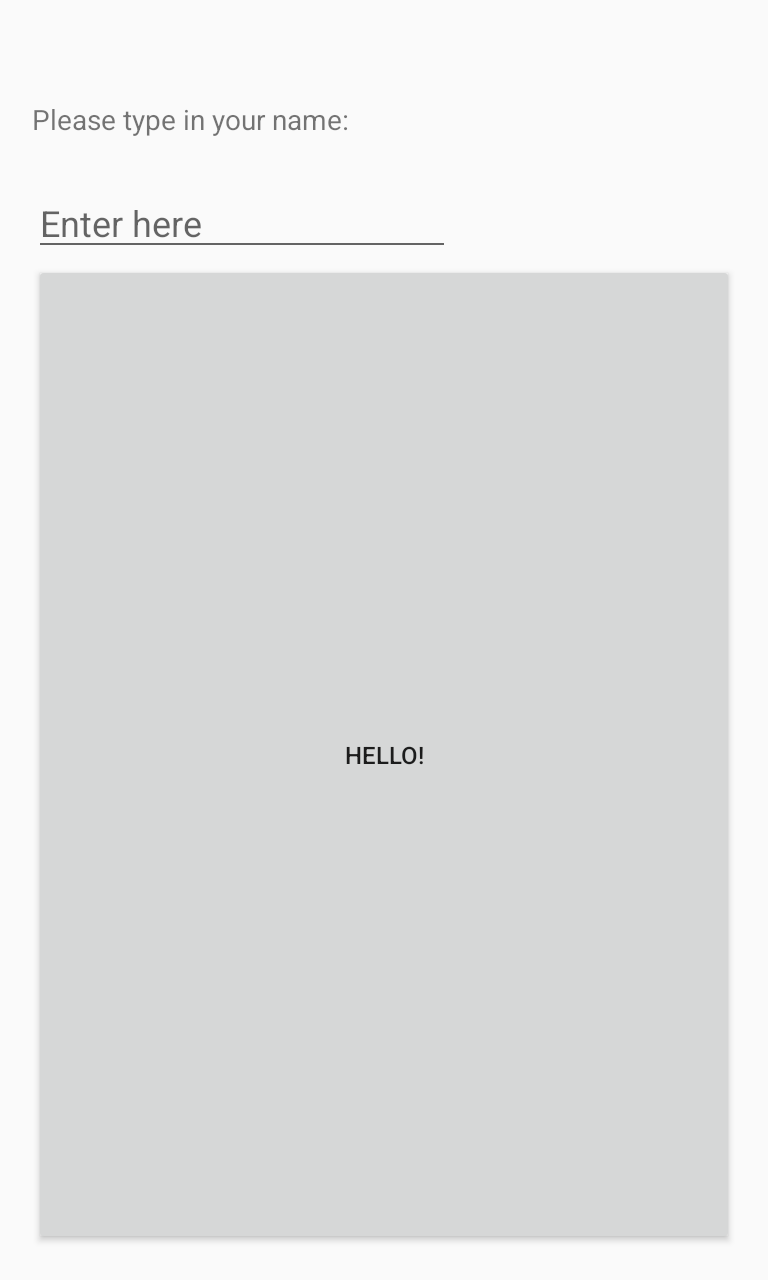
Repository: echolomaniac/HelloWorld
Layout: HelloWorld/res/layout/fragment_main.xml
An editor plug-in stored every save of this project. The layout is shown before and after the next save, followed by the edit.
It is drawn on a 768 x 1280 px phone screen (xhdpi) without system bars, with theme AppTheme; the app's code is not run.

Above is the layout before, as saved 2014-05-06 05:10:56.

### HelloWorld/res/layout/fragment_main.xml
<RelativeLayout xmlns:android="http://schemas.android.com/apk/res/android"
    xmlns:tools="http://schemas.android.com/tools"
    android:layout_width="match_parent"
    android:layout_height="match_parent"
    android:paddingBottom="@dimen/activity_vertical_margin"
    android:paddingLeft="@dimen/activity_horizontal_margin"
    android:paddingRight="@dimen/activity_horizontal_margin"
    android:paddingTop="@dimen/activity_vertical_margin"
    tools:context="com.example.helloworld.MainActivity$PlaceholderFragment" >

    <LinearLayout
        android:id="@+id/linearLayout1"
        android:layout_width="fill_parent"
        android:layout_height="fill_parent"
        android:layout_alignParentLeft="true"
        android:orientation="vertical" >

        <TextView
            android:id="@+id/textView1"
            android:layout_width="wrap_content"
            android:layout_height="wrap_content"
            android:layout_marginTop="34dp"
            android:text="@string/enter_name" />

        <EditText
            android:id="@+id/editText1"
            android:layout_width="wrap_content"
            android:layout_height="wrap_content"
            android:layout_marginTop="20dp"
            android:ems="10"
            android:hint="@string/hint_enter_name" />

        <LinearLayout
            android:layout_width="fill_parent"
            android:layout_height="0dp"
            android:layout_weight="0.02" >

            <Button
                android:id="@+id/button1"
                android:layout_width="fill_parent"
                android:layout_height="match_parent"
                android:text="@string/hello_button"
                android:textSize="12sp" />

            <Button
                android:id="@+id/button2"
                android:layout_width="wrap_content"
                android:layout_height="wrap_content"
                android:text="Button" />

        </LinearLayout>

    </LinearLayout>

</RelativeLayout>

### HelloWorld/res/values/strings.xml
<?xml version="1.0" encoding="utf-8"?>
<resources>

    <string name="app_name">HelloWorld</string>
    <string name="hello_world">Hello world!</string>
    <string name="action_settings">Settings</string>
    <string name="enter_name">Please type in your name:</string>
    <string name="hello_button">Hello!</string>
    <string name="hint_enter_name">Enter here</string>

</resources>

Loaded but not shown: HelloWorld/res/values/styles.xml (common file); HelloWorld/res/values-v11/styles.xml (common file); HelloWorld/res/values-v14/styles.xml (common file); HelloWorld/res/values/dimens.xml (common file); HelloWorld/res/values-w820dp/dimens.xml (common file)

After the next save:
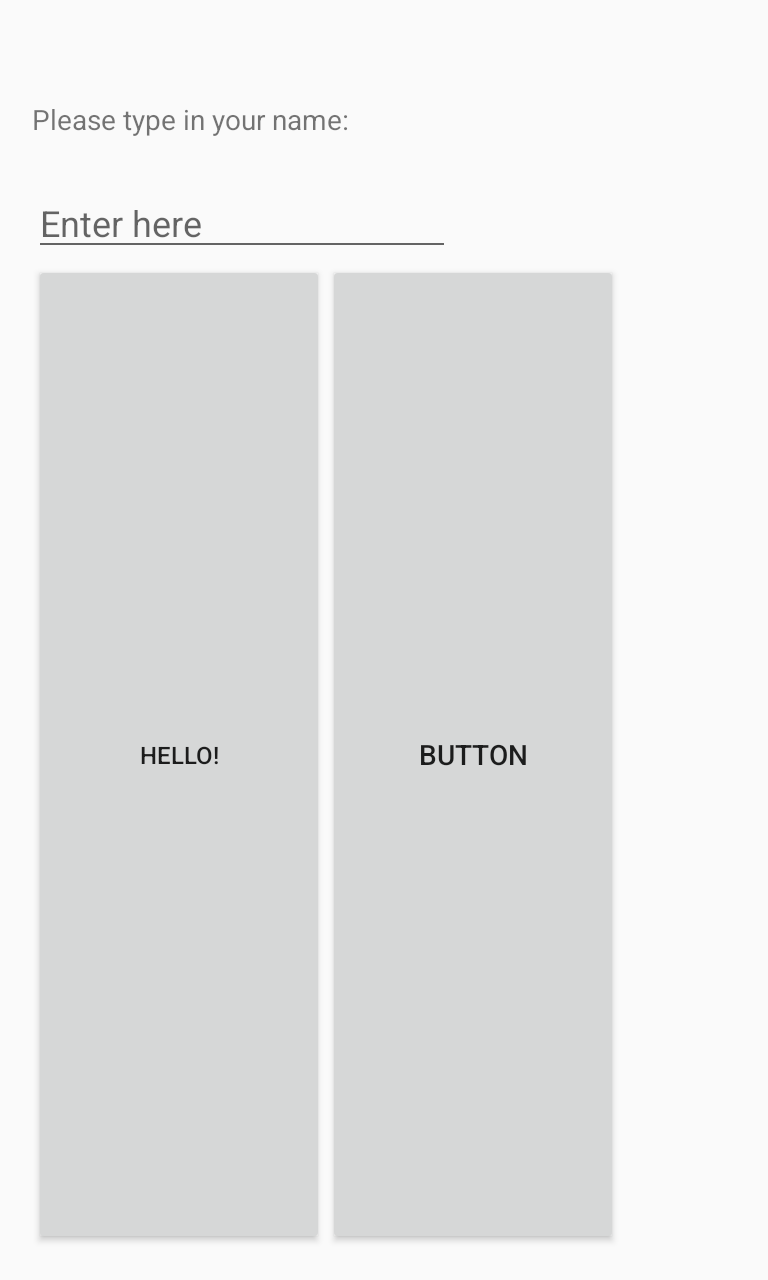
Saved 27 s later.
--- a/HelloWorld/res/layout/fragment_main.xml
+++ b/HelloWorld/res/layout/fragment_main.xml
@@ -37,15 +37,15 @@
 
             <Button
                 android:id="@+id/button1"
-                android:layout_width="fill_parent"
+                android:layout_width="147dp"
                 android:layout_height="match_parent"
                 android:text="@string/hello_button"
                 android:textSize="12sp" />
 
             <Button
                 android:id="@+id/button2"
-                android:layout_width="wrap_content"
-                android:layout_height="wrap_content"
+                android:layout_width="147dp"
+                android:layout_height="match_parent"
                 android:text="Button" />
 
         </LinearLayout>
